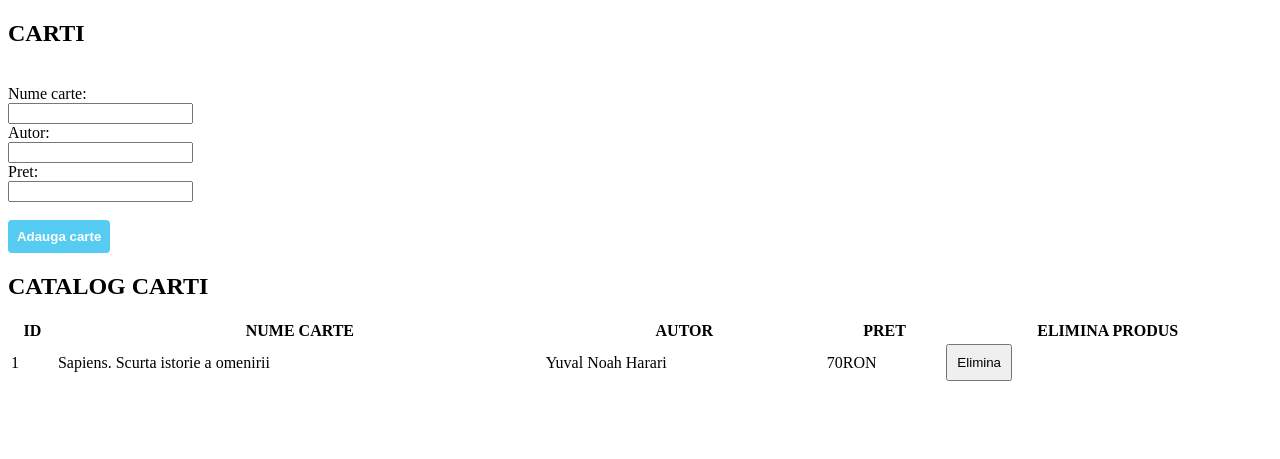
Repository: mireladavid/afacerielectronice
Page: frontend/index.html
The author's editor kept a record of every edit. The page is drawn from the files as they stood at one moment, then again after the next edit.
The browser window is 1280 px wide. The pictures show the whole page.
The page's requests for data from a server got no answer.

Above is the page before.

### frontend/index.html
<!DOCTYPE html>
<html>
    <head>
        <title>Catalog carti</title>
        <link rel="stylesheet" href="styles.css" />
    </head>
    <body>
       <section>
       <h2>CARTI</h2>
       <div>
           <div>
        <form>
  <input type="hidden" name="id" id="id" /><br />
  Nume carte:<br />
  <input type="text" name="nume" id="nume" /><br />
  Autor:<br />
  <input type="text" name="autor" id="autor"><br/>
  Pret:<br />
  <input type="text" name="pret" id="pret"><br/>
  <br />
  <input class="btn btn-primary" type="submit" value="Adauga carte">
</form>
</div>
</div>
<section>
            <h2>CATALOG CARTI</h2>
            <div>
                <div class="cart-row">
                    <table style="width:100%;">
                <tr class="cart-row">
                    <th class="cart-item cart-header cart-column">ID</th>
                    <th class="cart-item cart-header cart-column">NUME CARTE</th>
                    <th class="cart-item cart-header cart-column">AUTOR</th>
                    <th class="cart-item cart-header cart-column">PRET</th>
                    <th class="cart-item cart-header cart-column">ELIMINA PRODUS</th>
                </tr>
                <tr class="cart-row">
                    <td class="cart-item cart-header cart-column">1</td>
                    <td class="cart-item cart-header cart-column">Sapiens. Scurta istorie a omenirii</td>
                    <td class="cart-item cart-header cart-column">Yuval Noah Harari</td>
                    <td class="cart-item cart-header cart-column">70RON</td>
                     <td class="cart-item cart-header cart-column">
                        <button class="btn btn-danger">Elimina</button>
                    </td>
                </tr>
                    </table>
                </div>
            </div>
        </section>

<div id="table"></div>
<script
    src="https://code.jquery.com/jquery-3.3.1.min.js"
    integrity="sha256-FgpCb/KJQlLNfOu91ta32o/NMZxltwRo8QtmkMRdAu8="
    crossorigin="anonymous"></script>
<script src="https://unpkg.com/axios/dist/axios.min.js"></script>

<script>
function afisareCarti() {
    axios.get('/carti').then(function(results) {

        let html = ` <table style="width:100%;">
                <tr>
                    <th>ID</th>
                    <th>NUME CARTE</th>
                    <th>AUTOR</th>
                    <th>PRET</th>
                    <th>ELIMINA PRODUS</th>
                </tr>`

        results.data.forEach(function(element) {
            html += `<tr>
                        <td>${element.id}</td>
                        <td>${element.nume}</td>
                        <td>${element.autor}</td>
                        <td>${element.pret}</td>
                        <td>
                            <button onClick="eliminaCarte(${element.id})">Elimina</button>
                        </td>
                    </tr>`
        })

        html += `</table>`

        $('#table').html(html)
    }).catch(function(error) {
        console.log(error)
    })
}
</script>

<script type="text/javascript">
    $(document).ready(function() {
        console.log('Hello from JQuery')
        afisareCarti()
    })
</script>

    </body>
</html>

### frontend/styles.css
.shop-item-image {
    height: 250px;
}

.shop-item-details {
    display: flex;
    align-items: center;
    padding: 5px;
}

.shop-item-title {
    display: block;
    width: 100%;
    text-align: center;
    font-weight: bold;
    font-size: 1.5em;
    color: #333;
    margin-bottom: 15px;
}

.btn {
    text-align: center;
    vertical-align: middle;
    padding: .67em .67em;
    cursor: pointer;
}

.btn-primary {
    color: white;
    background-color: #56CCF2;
    border: none;
    border-radius: .3em;
    font-weight: bold;
}

After the next edit:
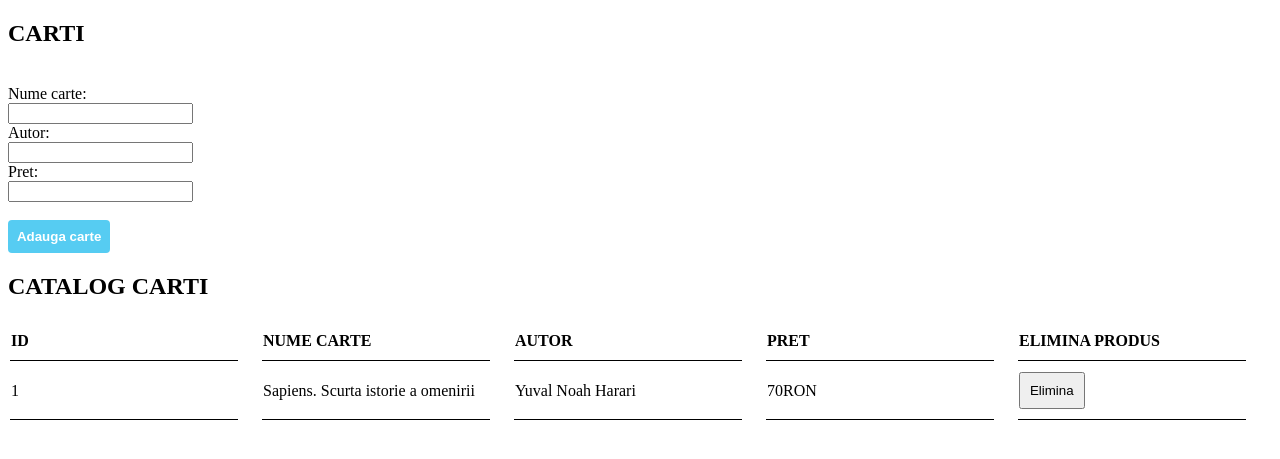
The edit:
--- a/frontend/styles.css
+++ b/frontend/styles.css
@@ -1,22 +1,29 @@
-.shop-item-image {
-    height: 250px;
+.cart-row {
+    display: flex;
 }
 
-.shop-item-details {
+.cart-item {
+    width: 45%;
+}
+
+.cart-column {
     display: flex;
     align-items: center;
-    padding: 5px;
+    border-bottom: 1px solid black;
+    margin-right: 1.5em;
+    padding-bottom: 10px;
+    margin-top: 10px;
 }
 
-.shop-item-title {
-    display: block;
-    width: 100%;
-    text-align: center;
-    font-weight: bold;
-    font-size: 1.5em;
-    color: #333;
-    margin-bottom: 15px;
+.cart-item-image {
+    width: 75px;
+    height: auto;
+    border-radius: 10px;
 }
+
+
+
+
 
 .btn {
     text-align: center;
